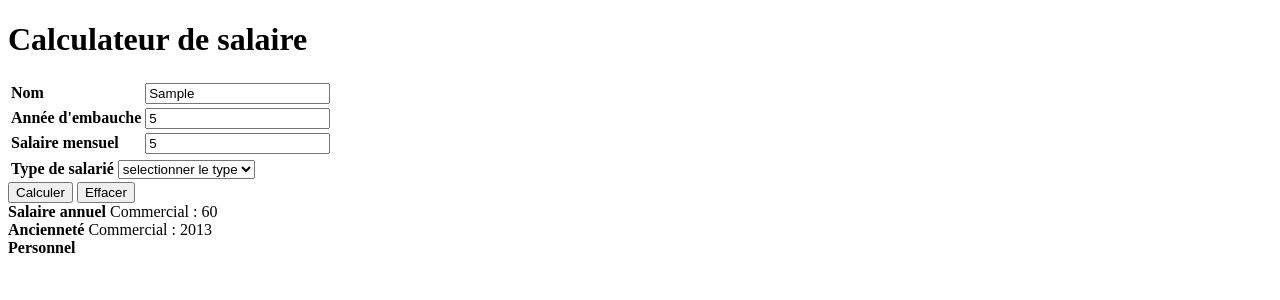
Repository: AgatheLM/formation_js
Page: insee-travaux-js/insee-client-js/tp2.html
These files come from the project's save history. The page is drawn as it stood at one moment and after the next save; the edit follows.
The browser window is 1280 px wide. The pictures show the whole page.
Empty fields were first filled with sample values (such as "Sample", 5 or name@example.com).
After loading, the first visible `input[onclick="calculer()"]` was clicked once.

Above is the page before, as saved 2018-01-25 11:17:34.

### insee-travaux-js/insee-client-js/tp2.html
<!DOCTYPE html>
<html>
<head>
	<meta charset="utf-8">
	<meta http-equiv="X-UA-Compatible" content="IE=edge">
	<title>TP 2</title>
	<script type="text/javascript" src="scripts/TP2/classe.js"></script>
	<script type="text/javascript" src="scripts/TP2/main.js"></script>
	<script type="text/javascript" src="scripts/TP2/utils.js"></script>
</head>

<body>
<h1> Calculateur de salaire</h1>
<form>
	<table>
		<tbody>
			<tr>
				<td> <label for="nom"> <strong> Nom </strong> </label></td>
				<td> <input type="text" id="nom" name="nom" value=""> </td>
			</tr>
			<tr>
				<td> <label for="anEmbauche"> <strong> Année d'embauche </strong> </label></td>
				<td> <input type="number" id="anEmbauche" name="anEmbauche" value=""> </td>
			</tr>
			<tr>
				<td> <label for="salaireM"> <strong> Salaire mensuel </strong> </label></td>
				<td> <input type="number" id="salaireM" name="salaireM" value=""> </td>
			</tr>
		</tbody>
	</table>
	<div id="divDev" style="display:none">
		<table>
			<tbody>
					<tr>
						<td> <label for="nbAppli"> <strong> Nombre d'applications </strong> </label></td>
						<td> <input type="number" id="nbAppli" name="nbAppli" value=""> </td>
					</tr>
					<tr>
						<td> <label for="note"> <strong> Note moyenne </strong> </label></td>
						<td> <input type="number" id="note" name="note" value=""> </td>
					</tr>
			</tbody>
		</table>
	</div>
	<div id="divCom" style="display:none">
		<table>
			<tbody>
					<tr>
						<td> <label for="pourcent"> <strong> Pourcentage (en %) </strong> </label></td>
						<td> <input type="number" id="pourcent" name="pourcent" value=""> </td>
					</tr>
					<tr>
						<td> <label for="caMoy"> <strong> Chiffre d'affaire moyen </strong> </label></td>
						<td> <input type="number" id="caMoy" name="caMoy" value=""> </td>
					</tr>
					<tr>
						<td> <label for="nbClient"> <strong> Nombre de clients </strong> </label></td>
						<td> <input type="number" id="nbClient" name="nbClient" value=""> </td>
					</tr>
				</tbody>
			</table>
	</div >
	<table>
		<tbody>
			<tr>
				<td> <label for="typeSalarie"> <strong>Type de salarié </strong> </label></td>
				<td><select name="typeSalarie" id="typeSalarie" onchange="methodeAfficheDiv()">
							<option value="none" selected="selected">selectionner le type </option>
							<option value="dev">Developpeur</option>
							<option value="com">Commercial</option>
					</select></td>
			</tr>
		</tbody>
	</table>
	<input type="button" value="Calculer" onClick="calculer()">
	<input type="reset" value="Effacer" onClick="effacer()"><br>
	<label for="salAn"> <strong> Salaire annuel </strong> </label>
	<label id="salAn" name="salAn">  </label><br>
	<label for="anciennete"> <strong> Ancienneté </strong> </label>
	<label id="anciennete" name="anciennete"> </label><br>
	<label for="persoString"> <strong> Personnel </strong> </label>
	<label id="persoString" name="persoString"> </label><br>

</form>
</body>

### insee-travaux-js/insee-client-js/scripts/TP2/classe.js
/*******************************************************************************
 * Personnel *
 ******************************************************************************/

function Personnel(nom, anEmbauche, salaireM) {
	// Attributs
	this.nom = nom;
	this.anEmbauche = anEmbauche;
	this.salaireM = salaireM;
}

//Méthodes
Personnel.prototype.getSalaireA = function() {
	return 12 * this.salaireM;
}
Personnel.prototype.getAnciennete = function() {
	var today=new Date();
	var anneeEnCours = today.getFullYear();
	return anneeEnCours-this.anEmbauche;
}
Personnel.prototype.personnelToString = function() {
	return "L'employé "+this.nom + " embauché depuis "+ this.anEmbauche + " gagne " + this.getSalaireA();
}

/*******************************************************************************
 * Developpeur *
 ******************************************************************************/

function Developpeur(nom, anEmbauche, salaireM, nbApp, note) {
	// Attributs parents
	Personnel.call(this, nom, anEmbauche, salaireM);
	// Attributs propres
	this.nbApp = nbApp;
	this.note = note;
}
Developpeur.prototype= new Personnel();
/*******************************************************************************
 * Commercial *
 ******************************************************************************/

function Commercial(nom, anEmbauche, salaireM, nbClient, caMoy, pourcent) {
	// Attributs parents
	Personnel.call(this, nom, anEmbauche, salaireM);
	// Attributs propres
	this.nbClient = nbClient;
	this.caMoy = caMoy;
	this.pourcent=pourcent;
}

//Méthodes
/**On instancie le fait que commercial est une instance de personnel pour pouvoire hériter des méthodes*/
Commercial.prototype= new Personnel();
Commercial.prototype.getSalaireA = function(){
	var salaireA = this.constructor.prototype.getSalaireA.call(this) + (this.caMoy*this.pourcent/100);
	return salaireA;
}

### insee-travaux-js/insee-client-js/scripts/TP2/main.js







// Cacher - afficher les div en fonction du select
 function methodeAfficheDiv(){
	 try{
		// Pour rempalcer le document.getElementById et rester en objet
		 var reader = new ElementReader();
		 //var div = document.getElementById("typeSalarie").value;
		 var div = reader.Select('typeSalarie');
		 if (div=="dev"){
			 document.getElementById("divDev").style.display="";
			 document.getElementById("divCom").style.display="none";
		 }else if (div=="com"){
			 document.getElementById("divDev").style.display="none";
			 document.getElementById("divCom").style.display="";
		 }else{
			 document.getElementById("divDev").style.display="none";
			 document.getElementById("divCom").style.display="none";
		 }

	 }catch(e){
		 console.log(e);
	 }
 }


 // Méthode de calcul
 function calculer(){
	 try{
		 var reader = new ElementReader();
		 var writer = new ElementWriter();

		 var type = reader.InputText("typeSalarie");
		 var nom = reader.InputText("nom");
		 var anEmb = reader.InputText("anEmbauche");
		 var salM = reader.InputText("salaireM");
		 //Dev
		 var nbAppli = reader.InputText("nbAppli");
		 var note = reader.InputText("note");
		 //Com
		 var nbClient = reader.InputText("nbClient");
		 var pourcent = reader.InputText("pourcent");
		 var caMoy = reader.InputText("caMoy");

		 if (type=="dev"){
			 var p = new Developpeur(nom, anEmb, salM, nbAppli, note);
			 var salaireA = p.getSalaireA();
			 writer.Tag("salAn", "Developpeur : " + salaireA);
			 var anciennete = p.getAnciennete();
			 writer.Tag("anciennete", "Developpeur : " + anciennete);
			 var persoString = p.personnelToString();
			 writer.Tag("persoString", persoString);

		 }else{
			 var p = new Commercial(nom, anEmb, salM, nbClient, pourcent, caMoy);
			 var salaireA =  p.getSalaireA();
			 writer.Tag("salAn", "Commercial : " + salaireA);
			 var anciennete = p.getAnciennete();
			 writer.Tag("anciennete", "Commercial : " + anciennete);

		 }
	 }catch(e){
		 console.log(e);
	 }


 }

### insee-travaux-js/insee-client-js/scripts/TP2/utils.js
/*Pour les saisies*/
Number.prototype.formatMoney = function (c, d, t) {
      var n = this,
              c = isNaN(c = Math.abs(c)) ? 2 : c,
              d = d === undefined ? "." : d,
              t = t === undefined ? "," : t,
              s = n < 0 ? "-" : "",
              i = parseInt(n = Math.abs(+n || 0).toFixed(c)) + "",
              j = (j = i.length) > 3 ? j % 3 : 0;
      return s + (j ? i.substr(0, j) + t : "") + i.substr(j).replace(/(\d{3})(?=\d)/g, "$1" + t) + (c ? d + Math.abs(n - i).toFixed(c).slice(2) : "");
    }; // Source: http://stackoverflow.com/questions/149055/how-can-i-format-numbers-as-money-in-javascript

    function ElementReader() {
    this.InputText = function (idInput) {
        var input = document.getElementById(idInput);
        if (input === null) {
          return undefined;
        }
        return input.value;
      };
      this.InputCheckbox = function (idInput) {
        var input = document.getElementById(idInput);
        if (input === null) {
          return undefined;
        }
        return input.checked;
      };
      this.InputInt = function (idInput) {
        var input = document.getElementById(idInput);
        if (input === null) {
          return undefined;
        }
        return parseInt(input.value);
      };
      this.Select = function (idSelect) {
        var select = document.getElementById(idSelect);
        if (select === null) {
          return undefined;
        }
        var idx = select.selectedIndex;
        return select.options[idx].value;
      };
    }

    function ElementWriter() {
      this.Tag = function (idTag, value) {
        var tag = document.getElementById(idTag);
        if (tag !== null) {
          tag.innerHTML = value;
        }
      };
      this.TagCurrency = function (idTag, value) {
        this.Tag(idTag, value.formatMoney(2, ',', '&nbsp;') + '$');
      };
      this.hideElement = function (idTag) {
        var tag = document.getElementById(idTag);
        if (tag !== null) {
          tag.style.display = 'none';
        }
      };
      this.showElement = function (idTag) {
        var tag = document.getElementById(idTag);
        if (tag !== null) {
          tag.style.display = 'block';
        }
      };
      this.InputText = function (idTag, value) {
        var tag = document.getElementById(idTag);
        if (tag !== null) {
          tag.value = value;
        }
      };
      this.InputInt = function (idTag, value) {
        var tag = document.getElementById(idTag);
        if (tag !== null) {
          tag.value = value;
        }
      };
    }

After the next save:
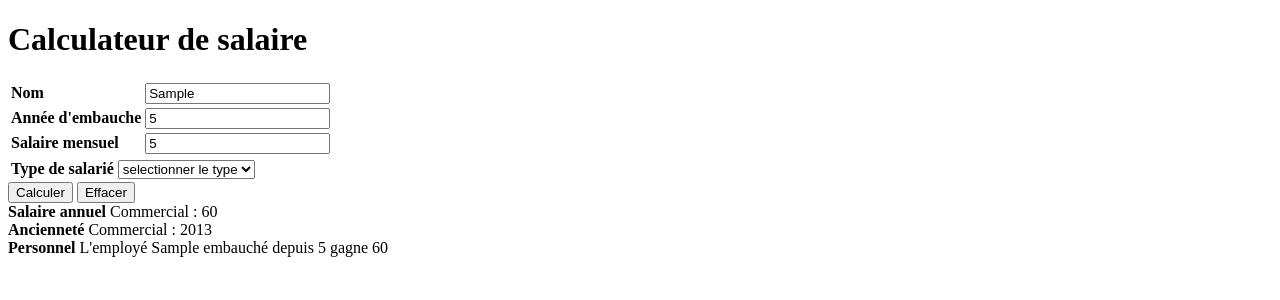
Saved 13 s later.
--- a/insee-travaux-js/insee-client-js/scripts/TP2/main.js
+++ b/insee-travaux-js/insee-client-js/scripts/TP2/main.js
@@ -53,9 +53,6 @@
 			 writer.Tag("salAn", "Developpeur : " + salaireA);
 			 var anciennete = p.getAnciennete();
 			 writer.Tag("anciennete", "Developpeur : " + anciennete);
-			 var persoString = p.personnelToString();
-			 writer.Tag("persoString", persoString);
-
 		 }else{
 			 var p = new Commercial(nom, anEmb, salM, nbClient, pourcent, caMoy);
 			 var salaireA =  p.getSalaireA();
@@ -64,6 +61,8 @@
 			 writer.Tag("anciennete", "Commercial : " + anciennete);
 
 		 }
+		 var persoString = p.personnelToString();
+		 writer.Tag("persoString", persoString);
 	 }catch(e){
 		 console.log(e);
 	 }
